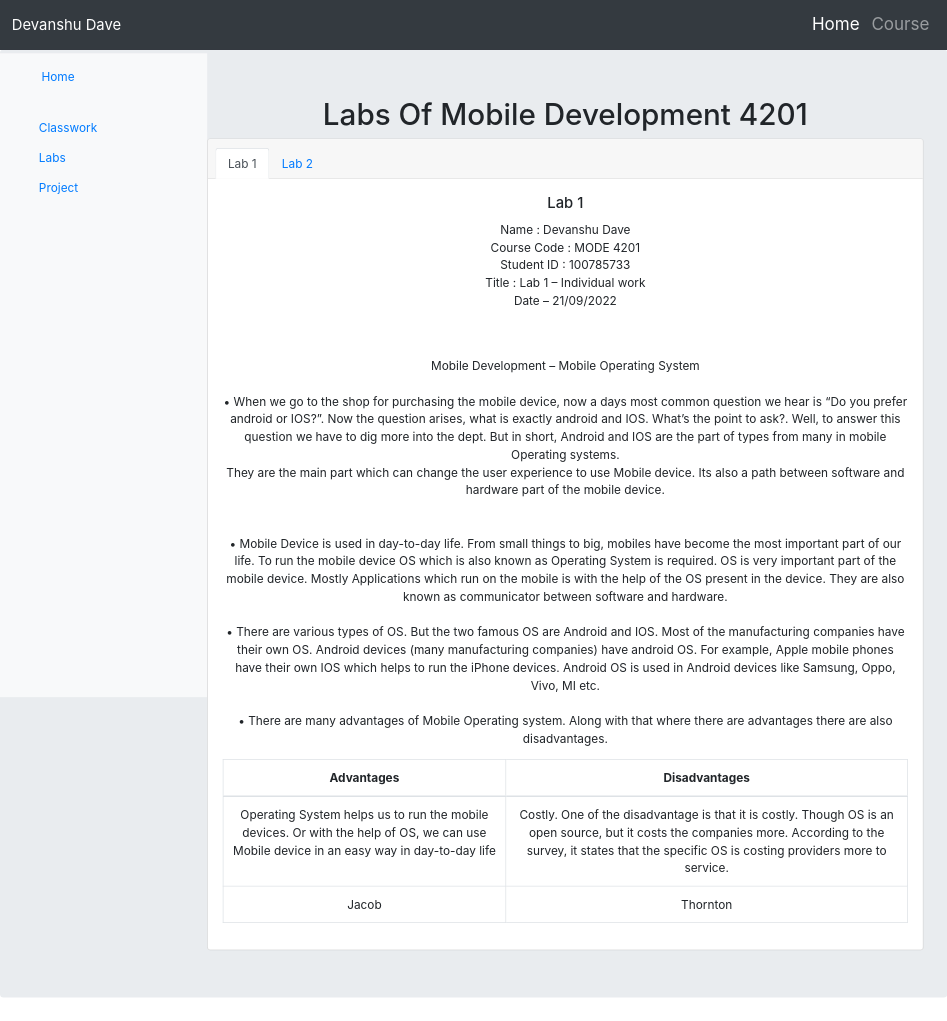
Repository: devanshudave1901/Mobile-Dev-Website
Page: labs.html
An editor plug-in stored every save of this project. The page is shown before and after the next save, followed by the edit.
The browser window is 1280 px wide. The pictures show the whole page, at 74% of full size.
Some web libraries are served in a nearby version.

Above is the page before, as saved 2022-10-05 15:41:43.

### labs.html
<!DOCTYPE html>
<html lang="en">
  <head>
    <meta charset="UTF-8" />
    <meta http-equiv="X-UA-Compatible" content="IE=edge" />
    <meta name="viewport" content="width=device-width, initial-scale=1.0" />
    <link
      rel="stylesheet"
      href="https://cdn.jsdelivr.net/npm/bootstrap@4.0.0/dist/css/bootstrap.min.css"
      integrity="sha384-Gn5384xqQ1aoWXA+058RXPxPg6fy4IWvTNh0E263XmFcJlSAwiGgFAW/dAiS6JXm"
      crossorigin="anonymous"
    />
    <link
      href="https://maxcdn.bootstrapcdn.com/font-awesome/4.2.0/css/font-awesome.min.css"
      rel="stylesheet"
    />
    <link rel="stylesheet" href="./css/style.css" />

    <style>
      .navbar-nav {
        margin-left: auto;
        font-size: 23px;
      }
      .welcomeHeading {
        text-shadow: 2px 2px red;
        text-align: center;
      }
      .welcomeText {
        text-align: center;
        font-family: "Sofia", sans-serif;
      }
      .featurette-heading {
        font-weight: 300;
        line-height: 1;
        letter-spacing: -0.05rem;
        margin-top: 20%;
      }
      .profileIamge {
        width: 250px;

        left: 300px;
      }
      .mobileDevProfile {
        margin-top: 10%;
        left: 100px;
      }
      .main {
        display: flex;
        flex-wrap: nowrap;
        height: 100vh;
        height: -webkit-fill-available;
        max-height: 100vh;
        overflow-x: auto;
        overflow-y: hidden;
      }
      .sideBar {
        height: 870px;
      }
    </style>
    <script
      src="https://code.jquery.com/jquery-3.2.1.slim.min.js"
      integrity="sha384-KJ3o2DKtIkvYIK3UENzmM7KCkRr/rE9/Qpg6aAZGJwFDMVNA/GpGFF93hXpG5KkN"
      crossorigin="anonymous"
    ></script>
    <script
      src="https://cdn.jsdelivr.net/npm/popper.js@1.12.9/dist/umd/popper.min.js"
      integrity="sha384-ApNbgh9B+Y1QKtv3Rn7W3mgPxhU9K/ScQsAP7hUibX39j7fakFPskvXusvfa0b4Q"
      crossorigin="anonymous"
    ></script>
    <script
      src="https://cdn.jsdelivr.net/npm/bootstrap@4.0.0/dist/js/bootstrap.min.js"
      integrity="sha384-JZR6Spejh4U02d8jOt6vLEHfe/JQGiRRSQQxSfFWpi1MquVdAyjUar5+76PVCmYl"
      crossorigin="anonymous"
    ></script>
    <title>Mobile Development - Lab 2</title>
  </head>
  <body>
    <div id="navBar">
      <nav class="navbar sticky-top navbar-expand-lg navbar-dark bg-dark">
        <a class="navbar-brand" href="#">Devanshu Dave</a>

        <div class="collapse navbar-collapse" id="navbarNavDropdown">
          <ul class="navbar-nav" mr-auto>
            <li class="nav-item active">
              <a class="nav-link" href="./index.html"
                >Home <span class="sr-only">(current)</span></a
              >
            </li>
            <li class="nav-item">
              <a class="nav-link" href="./course.html">Course</a>
            </li>
          </ul>
        </div>
      </nav>
    </div>
    <div id="sideBar">
        <div
        class="d-flex flex-column flex-shrink-0 p-3 bg-light sideBar"
        style="width: 280px"
      >
        <a
          href="/"
          class="d-flex align-items-center mb-3 mb-md-0 me-md-auto link-dark text-decoration-none"
        >
          <svg class="bi me-2" width="40" height="32">
            <use xlink:href="#bootstrap" />
          </svg>
          <span class="fs-4">Home</span>
        </a>
        <hr />
        <ul class="nav nav-pills flex-column mb-auto">
          <li>
            <a href="index.html" class="nav-link link-dark">
              <svg class="bi me-2" width="16" height="16">
                <use xlink:href="#table" />
              </svg>
              Classwork
            </a>
          </li>
          <li class="nav-item">
            <a href="labs.html" class="nav-link" aria-current="page">
              <svg class="bi me-2" width="16" height="16">
                <use xlink:href="#home" />
              </svg>
              Labs
            </a>
          </li>
          <li>
            <a href="#" class="nav-link link-dark">
              <svg class="bi me-2" width="16" height="16">
                <use xlink:href="#speedometer2" />
              </svg>
              Project
            </a>
          </li>
        </ul>
        <hr />
      </div>
      <br />
      <br />
      <br />
    </div></div>
    <div id="mainBar">
        <div class="jumbotron">
        <h1>Labs Of Mobile Development 4201</h1>

        <div class="card text-center">
            <div class="card-header">
              <ul class="nav nav-tabs card-header-tabs">
                <li class="nav-item">
                  <a class="nav-link active" href="">Lab 1</a>
                </li>
                <li class="nav-item">
                  <a class="nav-link" href="#">Lab 2</a>
                </li>

              </ul>
            </div>
            <div class="card-body">
              <h5 class="card-title">Lab 1</h5>
              <p class="card-text">
                Name : Devanshu Dave <br/>
				Course Code : MODE 4201<br/>
				Student ID : 100785733<br/>
				Title : Lab 1 – Individual work<br/>
				Date – 21/09/2022<br/>

              </p>
              <br/>
              <br/>
              <p>
                Mobile Development – Mobile Operating System<br/><br/>

                •	When we go to the shop for purchasing the mobile device, now a days most common question we hear is “Do you prefer android or IOS?”. Now the question arises, what is exactly android and IOS. What’s the point to ask?. Well, to answer this question we have to dig more into the dept. But in short, Android and IOS are the part of types from many in mobile Operating systems. <br/>They are the main part which can change the user experience to use Mobile device. Its also a path between software and hardware part of the mobile device. <br/><br/><br/>
                •	Mobile Device is used in day-to-day life. From small things to big, mobiles have become the most important part of our life. To run the mobile device OS which is also known as Operating System is required. OS is very important part of the mobile device. Mostly Applications which run on the mobile is with the help of the OS present in the device. They are also known as communicator between software and hardware.<br/><br/>
                •	 There are various types of OS. But the two famous OS are Android and IOS. Most of the manufacturing companies have their own OS. Android devices (many manufacturing companies) have android OS. For example, Apple mobile phones have their own IOS which helps to run the iPhone devices. Android OS is used in Android devices like Samsung, Oppo, Vivo, MI etc.<br/><br/>
                •	 There are many advantages of Mobile Operating system. Along with that where there are advantages there are also disadvantages. <br/>

              </p>
              <table class="table table-bordered">
                <thead>
                  <tr>

                    <th scope="col">Advantages</th>
                    <th scope="col">Disadvantages</th>

                  </tr>
                </thead>
                <tbody>
                  <tr>

                    <td>Operating System helps us to run the mobile devices.
                         Or with the help of OS, we can use Mobile device in an
                         easy way in day-to-day life</td>
                    <td>Costly. One of the disadvantage is that it is costly.
                        Though OS is an open source, but it costs the companies more.
                         According to the survey, it states that the specific OS is costing providers more to service.</td>
                  </tr>
                  <tr>
                    <td>Jacob</td>
                    <td>Thornton</td>
                  </tr>

                </tbody>
              </table>
            </div>
          </div>
      </div></div>
  </body>
</html>

### css/style.css
#sideBar {
  height: 570px;
  margin-top: 5px;
  float: left;
  /* text-align: center; */
}

#mainBar {
  text-align: center;
}

After the next save:
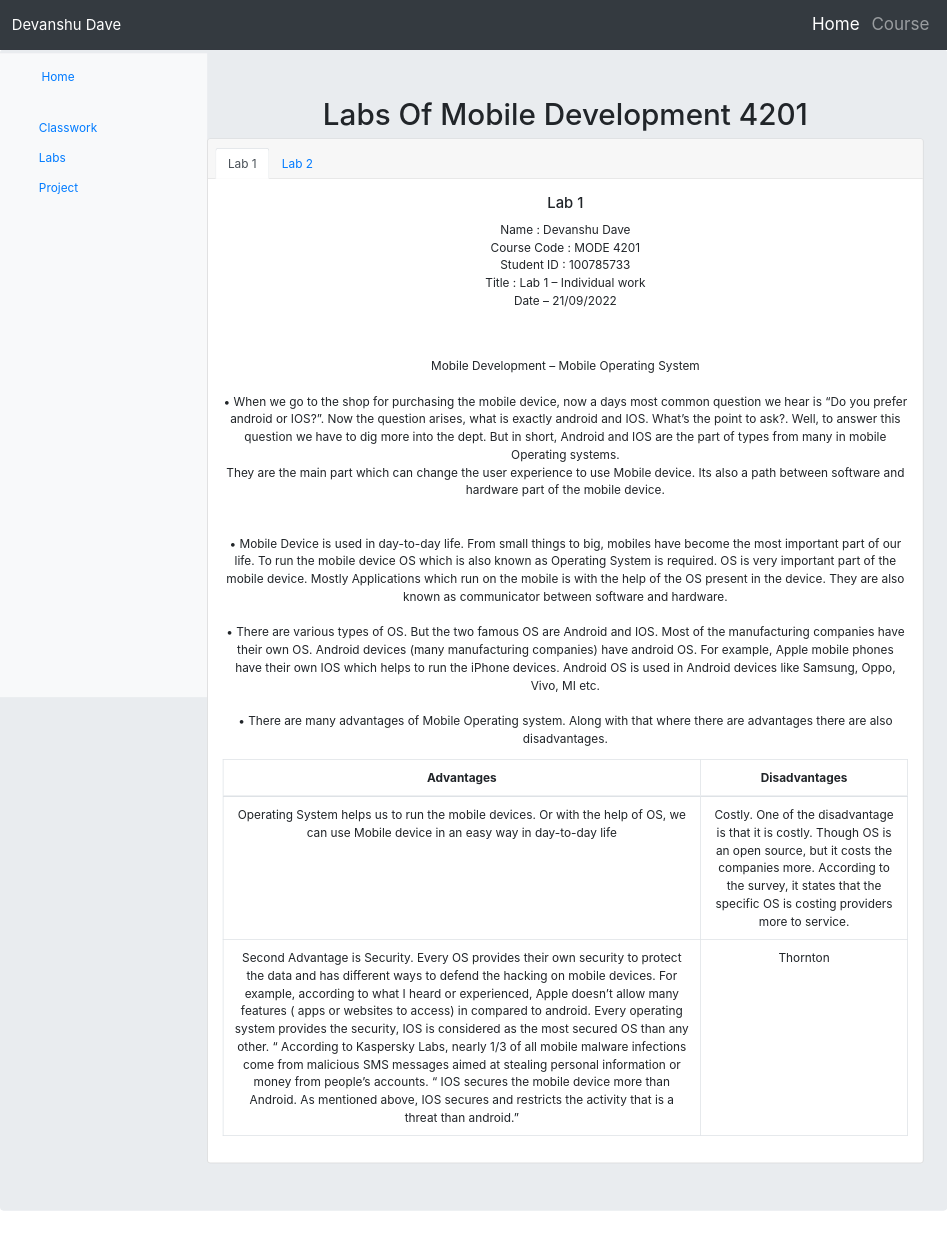
Saved 19 s later.
--- a/labs.html
+++ b/labs.html
@@ -197,7 +197,11 @@
                          According to the survey, it states that the specific OS is costing providers more to service.</td>
                   </tr>
                   <tr>
-                    <td>Jacob</td>
+                    <td>Second Advantage is Security. Every OS provides their own security to protect the data and has different ways to defend the hacking on mobile devices.
+                        For example, according to what I heard or experienced, Apple doesn’t allow many features ( apps or websites to access) in compared to android.
+                         Every operating system provides the security, IOS is considered as the most secured OS than any other.
+                           “ According to Kaspersky Labs, nearly 1/3 of all mobile malware infections come from malicious SMS messages aimed at stealing personal information or money from people’s accounts. “ IOS secures the mobile device more than Android.
+                         As mentioned above, IOS secures and restricts the activity that is a threat than android.”</td>
                     <td>Thornton</td>
                   </tr>
 
